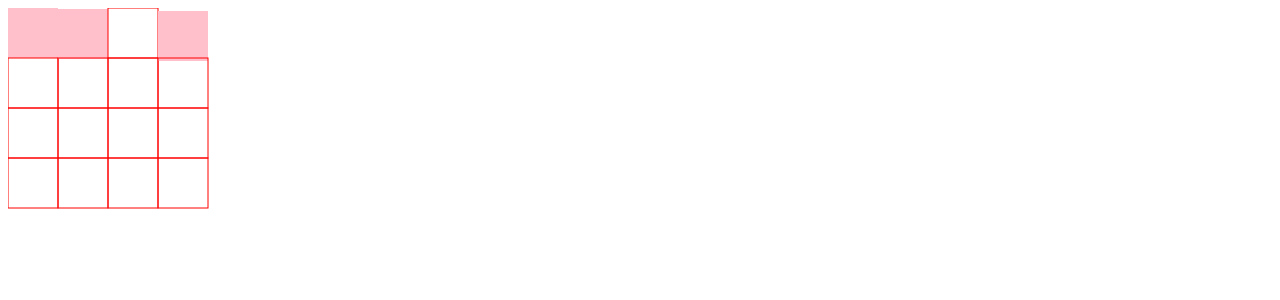
Repository: JIHYEONHE/doit
Page: FAST_ZZANG/static/canvas3.html
An editor plug-in stored every save of this project. The page is shown before and after the next save, followed by the edit.
The browser window is 1280 px wide. The pictures show the whole page.

Above is the page before, as saved 2022-10-18 01:34:08.

### FAST_ZZANG/static/canvas3.html
<!DOCTYPE html>
<html>
<head>
<meta charset="UTF-8">
<title>Insert title here</title>
<script type="text/javascript">
var cvr2D = [
	   [1,0,1,0],
	   [1,1,1,0],
	   [0,0,0,1],
	   [1,1,0,0]
	];

function myinit(){
    const c = document.getElementById('mycan');
    // 2. 2d모드의 그리기 객체를 취득한다. => 이 객체를 통해 canvas에 그림을 그릴 수 있다.
    const ctx = c.getContext("2d");

    for(var i=0; i<4; i++){ //i는 y
		for(var j=0; j<4; j++){
		    if(cvr2D[i][j]==1&&j==0){
			    ctx.fillStyle = 'pink';
			    ctx.fillRect(i*50,i, 50, 50);
		    }else{
		        ctx.strokeStyle = 'red';
		        ctx.strokeRect(i*50, j*50, 50, 50);

		    }
		}
	}


}

</script>
</head>
<body onload="myinit()">

<canvas id="mycan" width="400px" height="400px">

</canvas>

</body>
</html>

After the next save:
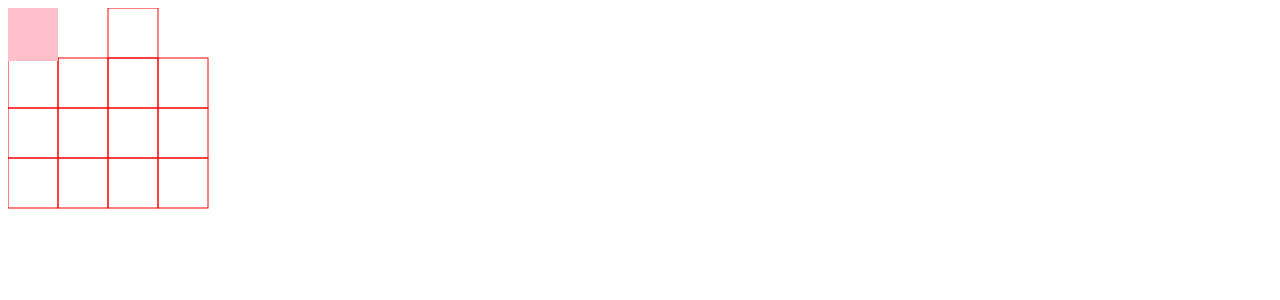
Saved 1 s later.
--- a/FAST_ZZANG/static/canvas3.html
+++ b/FAST_ZZANG/static/canvas3.html
@@ -20,7 +20,7 @@
 		for(var j=0; j<4; j++){
 		    if(cvr2D[i][j]==1&&j==0){
 			    ctx.fillStyle = 'pink';
-			    ctx.fillRect(i*50,i, 50, 50);
+			    ctx.fillRect(j*50,i, 50, 50);
 		    }else{
 		        ctx.strokeStyle = 'red';
 		        ctx.strokeRect(i*50, j*50, 50, 50);
